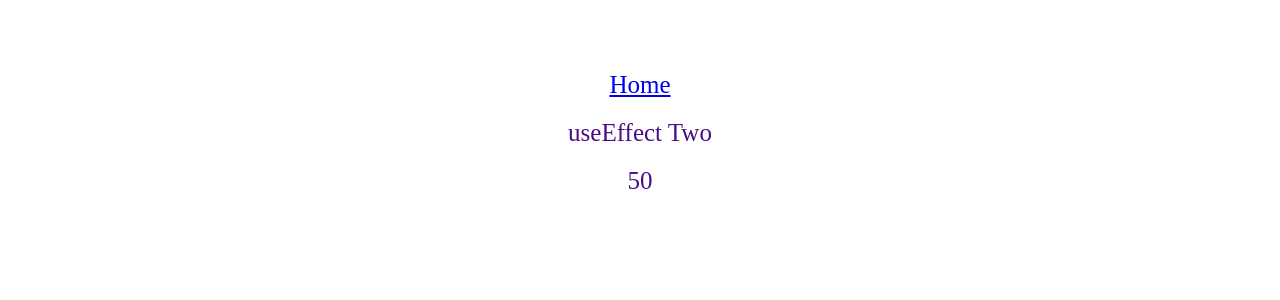
Repository: sierralaurent/Class08-UseEffect
Page: /useEffectTwo
The author's editor kept a copy of each file at every save. The page is drawn from the files as they stood at one save, then again after the next save.
The browser window is 1280 px wide. The pictures show the whole page.
The project was rebuilt for these pictures with package versions that can differ from the ones it lists, and the page was loaded fresh each time. The framework's server and built-in components were replaced by stand-ins that run in the browser. Also part of the build but not shown: next.config.js.

Above is the page before, as saved 2023-02-20 17:34:01.

After the next save:
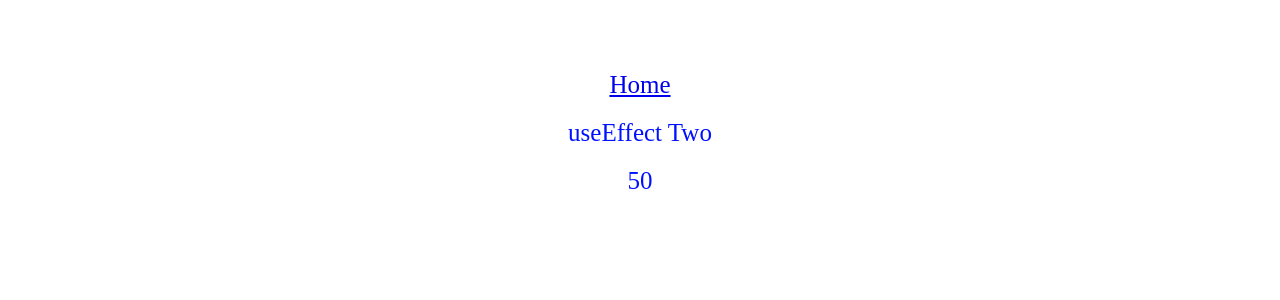
Saved 8 s later.
--- a/styles/UseEffectTwo.module.css
+++ b/styles/UseEffectTwo.module.css
@@ -9,5 +9,5 @@
 }
 
 .title {
-    color: rgb(73, 12, 129);
+    color: rgb(0, 17, 255);
 }
